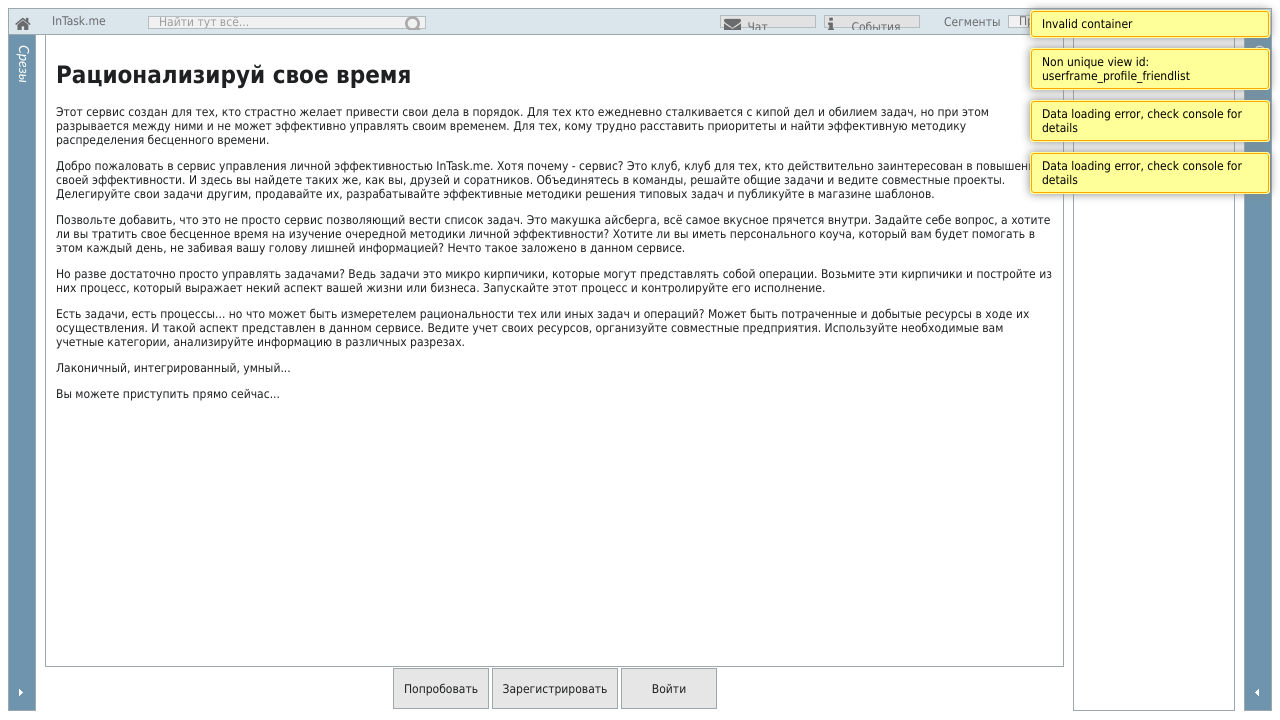
Repository: Startdoid/fnsc
Page: client/index.html
The author's editor kept a record of every edit. The page is drawn from the files as they stood at one moment, then again after the next edit.
The browser window is 1280 px wide. The pictures show the whole page.
The page's requests for data from a server got no answer.

Above is the page before.
Console error (its wording comes from the project's code and is left out).

### client/index.html
<!doctype html>
<html>
  <head>
    <meta content="charset=UTF-8" />
    <link rel="stylesheet" type="text/css" href="css/style.css" />
    <title>InTask.me</title>

    <script type="text/javascript" src="js/jquery.min.js"></script>
		<script type="text/javascript" src="js/underscore.js"></script>
		<script type="text/javascript" src="js/backbone.js"></script>

    <script type="text/javascript" src="codebase/webix_debug.js" charset="utf-8"></script>
    <link href="codebase/skins/web.css" rel="stylesheet" type="text/css">

    <script type="text/javascript" src="js/main.js"></script>
  </head>

  <style>
  	div.friend_avatar {
		  width: 120px;
		  float: left;
	  }
	 	div.friend_avatar img {
	  	border: none;
	  }

  	div.friend_info span {
  		display: block;
  		width: 64px;
  		font-weight: bold;
  		float: left;
  	}
  	.friend_info, .friend_avatar {
  		padding:8px;
  		line-height: 21px;
  	}
  	.mainSelector .webix_list_item {
	    line-height:50px;
    }
    .bless {
      border: none;
    }
  </style>

  <body>
		<div id="masterframe"></div>
		<div id="headerframe"></div>
		<div id="greetingframe"></div>
		<div id="centralframe"></div>
		<div id="registerframe"></div>
		<div id="loginframe"></div>
		<div id="userframe"></div>
		<div id="leftframe" style='width:20%'></div>
		<div id="rightframe" style='width:20%'></div>

		<div id="sliceframe" style='width:20%'></div>

		<div id="slicegroupsframe"></div>
		<div id="gridgroupsframe"></div>
		<div id="sliceusersframe"></div>
		<div id="sliceprojectsframe"></div>
		<div id="inslicegroups"></div>
		<div id="slicetagsframe"></div>

		<div id="userframe_profile_friendlist"></div>

		<div id="loginForm"></div>

		<div id="friendlist_template" style='display:none'>
  		<div class='friend_avatar'>
  			<img src='img/avatars/#img#'/>
  		</div>
  		<div class='friend_info'>
  			<div><span>Name:</span>#name#</div>
  			<div><span>Email:</span>#email#</div>
  		</div>
  	</div>

    <script type="text/javascript" charset="utf-8">
      var webix = window.webix;
	    window.App = {
	      //user
  	    Frame:      {},//webix cfg frame
        Models:     {},//backbone models
        WebixViews: {},//webix views in views dir with
        Views:      {},//backbone views in views dir
        Collections:{},//backbone collections in collection dir
        Trees:      {},
        WinSize:    {pageWidth:0, pageHeight:0, windowWidth:0, windowHeight:0}
       // Routes:     {} //backbone routes in main.js
      };

      window.App.GetWinSize = function() {
        var xScroll, yScroll;
        if (window.innerHeight && window.scrollMaxY) {
          xScroll = document.body.scrollWidth;
          yScroll = window.innerHeight + window.scrollMaxY;
        } else if (document.body.scrollHeight > document.body.offsetHeight){ // all but Explorer Mac
          xScroll = document.body.scrollWidth;
          yScroll = document.body.scrollHeight;
        } else if (document.documentElement && document.documentElement.scrollHeight > document.documentElement.offsetHeight){ // Explorer 6 strict mode
          xScroll = document.documentElement.scrollWidth;
          yScroll = document.documentElement.scrollHeight;
        } else { // Explorer Mac...would also work in Mozilla and Safari
          xScroll = document.body.offsetWidth;
          yScroll = document.body.offsetHeight;
        }

        var windowWidth, windowHeight;
        if (window.self.innerHeight) { // all except Explorer
          windowWidth = window.self.innerWidth;
          windowHeight = window.self.innerHeight;
        } else if (document.documentElement && document.documentElement.clientHeight) { // Explorer 6 Strict Mode
          windowWidth = document.documentElement.clientWidth;
          windowHeight = document.documentElement.clientHeight;
        } else if (document.body) { // other Explorers
          windowWidth = document.body.clientWidth;
          windowHeight = document.body.clientHeight;
        }

        var pageHeight, pageWidth;
        // for small pages with total height less then height of the viewport
        if(yScroll < windowHeight){
          pageHeight = windowHeight;
        } else {
          pageHeight = yScroll;
        }

        // for small pages with total width less then width of the viewport
        if(xScroll < windowWidth){
          pageWidth = windowWidth;
        } else {
          pageWidth = xScroll;
        }

        window.App.WinSize = { 'pageWidth':pageWidth, 'pageHeight':pageHeight, 'windowWidth':windowWidth, 'windowHeight':windowHeight };
      }();

      webix.ui.fullScreen();
			webix.ready(implementFunction);
    </script>
    <script type="text/javascript" src='js/models/task.js'></script>
    <script type="text/javascript" src='js/models/user.js'></script>
    <script type="text/javascript" src='js/models/group.js'></script>
    <script type="text/javascript" src='js/collections/tasks.js'></script>
    <script type="text/javascript" src='js/collections/groups.js'></script>
    <script type="text/javascript" src='js/views/dview.js'></script>
    <script type="text/javascript" src='js/views/wmasterview.js'></script>
  </body>
</html>

### client/js/main.js
//блок, который исполнит вебикс когда все загрузит
var implementFunction = (function() {
  var App = window.App;
  var webix = window.webix;
  var Backbone = window.Backbone;

  var showInterface = function(enable) {
    $$("sliceframe").define("collapsed", !enable);
    if(enable) $$("sliceframe").enable(); else $$("sliceframe").disable();
    $$("sliceframe").refresh();

    $$("optionsframe").define("collapsed", !enable);
    if(enable) $$("optionsframe").enable(); else $$("optionsframe").disable();
    $$("optionsframe").refresh();

    if(enable) $$("headerframe").enable(); else $$("headerframe").disable();
    $$("headerframe").refresh();
  };

  //создадим экземпляр бакбоновского роутера, который будет управлять навигацией на сайте
	App.Router = new (Backbone.Router.extend({
	  //слева роут, косая в скобках означает, что роут может быть как с косой чертой на конце, так и без нее
	  //справа функция, которая вызовется для соответствующего роута
		routes:{
			"login(/)":"login",
			"logout(/)":"logout",
			"register(/)":"register",
			"groups(/)":"groups",
			"tasks(/)":"tasks",
			"users(/)":"users",
			'home(/)':"home",
			'':"index"
		},
		//home выбрасывает в корень
		home:function() {
		  this.navigate('', {trigger: true});
		},
		//корень приложения
		index:function() {
		  if(App.User.get('id') === 0) {
        var promise = webix.ajax().get('api/logged', {}, function(text, data) {
          App.User.set('usrLogged', data.json().usrLogged);
          App.User.set('id', data.json().id);
          interfaceSelector();
	      });

        promise.then(function(realdata){}).fail(function(err) {
          connectionErrorShow(err);
        });
		  } else {
		    interfaceSelector();
		  }
		},
		groups:function() {
		  this.navigate('', {trigger: true});
		},
		tasks:function() {
		  this.navigate('', {trigger: true});
		},
		users:function() {
		  this.navigate('', {trigger: true});
		},
		login:function() {
      showInterface(false);
	    $$('loginframe').show();
		},
		logout:function() {
      var promise = webix.ajax().put("api/logout", { id: App.User.id });

      promise.then(function(realdata) {
        defaultState();
        App.Router.navigate('', {trigger: true});
      }).fail(function(err){
        connectionErrorShow(err);
      });
		},
		register:function() {
	    //Меняем окно приветствия, на окно регистрации
      showInterface(false);
	    $$('registerframe').show();
		}
	}))();

	//***************************************************************************
	//AFTER FETCH FUNCTIONs
  var showUserDataAfterFetch = function(User, response, options) {
    showInterface(true);

    $$('userframe').show();
    $$("userframe").hideProgress();

    $$("optionsframe_views_userprofile").show();

    App.Collections.Groups.fetch({ success: showGroupDataAfterFetch });
  };

  var showGroupDataAfterFetch = function(Groups, response, options) {
    App.Trees.GroupTree.treeBuild(App.Collections.Groups.models);

    $$('ingrid_groupframe').load('GroupData->load');
    $$('slicegroups').load('GroupData->load');
  };

  var showTaskDataAfterFetch = function(Tasks, response, options) {
    App.Trees.TaskTree.treeBuild(App.Collections.Tasks.models);

    $$('ingrid_taskframe').load('TaskData->load'); //!!!!!!!!!!!!!!!!!!!!!
  };

  //***************************************************************************
  //INTERFACE MANIPULATION
  var interfaceSelector = function() {
    //если пользователь залогинился
  	if(App.User.get('usrLogged')) {
  	  //Отрисовка интерфейса в зависимости от выбранного сегмента
  	  showInterface(true);
  	  switch(App.User.get('thisSegment')) {
        case 'users':
       	  $$("userframe").showProgress({
            type:"icon",
            delay:500
          });

          App.User.url = '/api/users/' + App.User.get('id');
          App.User.fetch({ success: showUserDataAfterFetch });

          break;
        case 'groups':
          App.Collections.Groups.fetch({ success: showGroupDataAfterFetch });
          $$('groupframe').show();
          break;
        case 'tasks':
          App.Collections.Tasks.fetch({ success: showTaskDataAfterFetch });
          $$('taskframe').show();
          break;
        case 'templates':
          // code
          break;
        case 'finances':
          break;
        case 'process':
          // code
          break;
        case 'files':
          // code
          break;
        case 'notes':
          // code
          break;
  	  }
  	} else {
  	  showInterface(false);
  	  $$('greetingframe').show();
  	} //if(App.User.usrLogged)
  };

  var connectionErrorShow = function(err) {
    if(err.status === 434) {
      defaultState();
      App.Router.navigate('', {trigger: true});
    }
    webix.message({type:"error", text:err.responseText});
  };

  //***************************************************************************
  //INIT FUNCTIONs
  var UserModelInit = function() {
    //Инициализируем глобальный объект пользователя со всеми настройками приложения
  	App.User = new App.Models.User();

  	//Привязываем события которые будут обрабатываться User model
  	App.User.on('change:thisSegment', function() {
  	});

  	App.User.on('change:thisTry', function() {
  	  //App.Router.navigate('home', {trigger:true} );
  	});

  	App.User.on('change:this_ingrid_groupframe_ItemSelected', function() {
  	  //console.log(App.User.get('this_ingrid_groupframe_ItemSelected') + " item select");
  	});
  };

  var GroupModelInit = function() {
  	App.Trees.GroupTree = new treeManager();

  	App.Collections.Groups = new collectionGroups();

  	App.Collections.Groups.on('add', function(grp) {
  	  App.Trees.GroupTree.treeAdd(grp);
  	});

  	App.Collections.Groups.on('remove', function(ind) {
  	  App.Trees.GroupTree.treeRemove(ind);
  	});

    App.Collections.Groups.on('change', function(model, options) {
      App.Trees.GroupTree.treeChange(model);
      model.save();
    });

    App.Collections.Groups.on('move', function(currentPosId, newPosId, parentId) {
      App.Trees.GroupTree.move(currentPosId, newPosId, parentId);
    });
  };

  var TaskModelInit = function() {
    App.Trees.TaskTree = new treeManager();

    App.Collections.Tasks = new collectionTasks();

    App.Collections.Tasks.on('add', function(tsk) {
      App.Trees.TaskTree.treeAdd(tsk);
    });

  	App.Collections.Tasks.on('remove', function(ind) {
  	  App.Trees.TaskTree.treeRemove(ind);
  	});

    App.Collections.Tasks.on('change', function(model, options) {
      App.Trees.TaskTree.treeChange(model);
      model.save();
    });

    App.Collections.Tasks.on('move', function(currentPosId, newPosId, parentId) {
      App.Trees.TaskTree.move(currentPosId, newPosId, parentId);
    });
  };

  var defaultState = function() {
    delete App.User;
    UserModelInit();

    delete App.Trees.GroupTree;
    delete App.Collections.Groups;
    GroupModelInit();

    delete App.Trees.TaskTree;
    delete App.Collections.Tasks;
    TaskModelInit();

    $$('ingrid_taskframe').clearAll();

    $$('ingrid_groupframe').clearAll();
    $$('slicegroups').clearAll();

    $$('mnuSegments').setValue(1);
  };

  //***************************************************************************
  //TREE MANAGER
  //объект организует работу с деревьями, для того что бы линейную бэкбоновскую коллекцию
  //разворачивать в древовидную структуру и выводить в webix-овые вьюхи
	var treeManager = function (collection) {
	  //древовидный массив
	  var tree = [];
	  var views = [];

    //рекурсивный перебор
    var treeRecursively = function(branch, list) {
      if (typeof branch === 'undefined') return null;
      var tr = [];
      for(var i=0; i<branch.length; i++)
      {
          branch[i].data = treeRecursively(list[ branch[i].id ], list);
          tr.push(branch[i]);
      }
      return tr;
    };

    //функция рекурсивного обхода дерева, корень дерева представлен, как branch
    //ветка дерева содержится в массиве data корня branch т.е. branch->data[branch->data[branch->data]] и т.д.
    var recursively = function(branch, element, oper) {
      //проверка на то что корень является данными типа - объект
      if (typeof branch === 'undefined') return false;
      //проверка на то что корень не обнулен
      if (branch === null) return false;

      //Если родитель корневой элемент, то добавим в корень
      if ((oper === 'add') && (element.parent_id === 0)) {
        branch.push(element);
        return true;
      }

      for (var i = 0; i<branch.length; i++) {
        if (branch[i] === null) continue;

        if (oper === 'add') {
          if (element.parent_id === branch[i].id) {
            if ((branch[i].data === null) || (typeof branch[i].data === 'undefined')) {
              branch[i].data = [];
            }
            branch[i].data.push(element);
            return true;
          } else {
            if(recursively(branch[i].data, element, oper)) { return true }
          }
        } else {
          if (element.id === branch[i].id) {
            //var deletedElements = this.models.splice(delElementIndex, 1); ПОПРОБУЙ
            branch[i] = null;
            //delete branch[i];
            return true;
          }
          else
          {
            if(recursively(branch[i].data, element, oper)) { return true }
          }
        }
      }
    };

    this.treeBuild = function(collection) {
	    //преобразуем в линейный массив бэкбоновскую коллекцию (разворачиваем атрибуты объекта)
      var maplist = collection.map(function(object) { return object.attributes });
      if(maplist.length > 0) {
        //сгруппируем элементы массива по родителю
        var list = _.groupBy(maplist, 'parent_id');
        //рекурсивно перебирая сгруппированный массив построим дерево
        tree = treeRecursively(list[0], list);
      } else {
        tree = [];
      }
    };

    //добавление элемента в дерево, автоматическое обновление элементов во вьюхах из массива views
    this.treeAdd = function(element) {
      var result = recursively(tree, webix.copy(element.attributes), 'add');
      if(result) {
        //var currentItem = views[0].getItem(element.attributes.parent_id);
        //views[0].data.sync(tree);
        for (var i = views.length; i--; ) {
          //var insertIndex = tree.getIndexById(element.attributes.parent_id);
          views[i].add(webix.copy(element.attributes), -1, element.attributes.parent_id);
          views[i].refresh();
        }
      }
    };

    this.treeRemove = function(element) {
      var result = recursively(tree, element.attributes, 'delete');
      if(result) {
        for (var i = views.length; i--; ) {
          views[i].remove(element.attributes.id);
          views[i].refresh();
        }
      }
    };

    this.treeChange = function(element) {
      for (var i = views.length; i--; ) {
        var record = views[i].getItem(element.get('id'));
        var chgAtr = element.changedAttributes();
        var keysArr = _.keys(chgAtr);
        var valuesArr = _.values(chgAtr);
        for (var j = keysArr.length; j--; ) {
          record[keysArr[j]] = valuesArr[j];
        }
        views[i].refresh();
      }
    };

    this.move = function(currentPosId, newPosId, parentId) {
      for (var i = views.length; i--; ) {
        //var newPosIndex = views[i].getBranchIndex(newPosId, views[i].getParentId(newPosId));
        //views[i].move(currentPosId, newPosIndex, null, { parent: views[i].getParentId(newPosId) });
        //views[i].refresh();
        var newPosIndex = views[i].getBranchIndex(newPosId, parentId);
        views[i].move(currentPosId, newPosIndex, null, { parent: parentId });
        views[i].refresh();
      }
    };

    //добавление вьюхи в массив для датабиндинга
    this.viewsAdd = function(view) {
      if (typeof view === 'object')
      {
        //добавим в массив, если нет такой
        if(views.indexOf(view) === -1) {
          views.push(view);

          //обновим вновь добавленную информ��цией из дерева
          view.clearAll();
          view.parse(JSON.stringify(tree));
        }
      }
    };

    //удаление вьюхи из массива датабиндинга
    this.viewsDelete = function(view) {
      console.log('view delete');
    };

    //если при создании объекта передан не пустой параметр, то формируется дерево
	  if (typeof collection !== 'undefined')
	  {
	    this.treeBuild(collection);
	  }
  };

  //_.extend(App.Collections.Groups, Backbone.Events);
  UserModelInit();
  GroupModelInit();
  TaskModelInit();

// var userframe_profile_friendlist = {
//   view:"dataview", id:"userframe_profile_friendlist",container:"userframe_profile_friendlist",select:1,
// 	width:300, minHeight:App.WinSize.windowHeight / 100 * 85, autoheight:false,
// 	borderless:false, scroll:'y', yCount:9, xCount:1,
// 	type:{ height: 80, width:300 },
// 	template:"html->friendlist_template",
//   url:'api/userlist',
//   on: {
//     'onScroll': function(pos)
//     {
//       webix.message(pos);
//     }
//   }
//};


var userframe_profile_friendlist = {
  id:"userframe_profile_friendlist",
  yCount:9, xCount:1,
	container:"userframe_profile_friendlist",
	view:"dataview",
	//select:1,
	autowidth:true,
	//type:{template:"{common.space()}"},
	url:'api/userlist'
};


  //вебикс конфигурация основного окна загруженная в экземпляр объекта вебиксового менеджера окон
  //описание внизу модуля
  var masterframe = new webix.ui({
    id:"masterframe",
    container:"masterframe",
    //minHeight:App.WinSize.windowHeight / 100 * 95,
    autoheight:true,
    autowidth:true,
    cols:[{
    rows:[App.Frame.headerframe,
      {cols:[App.Frame.sliceframe, App.Frame.centralframe, userframe_profile_friendlist, App.Frame.optionsframe]}
    ]
    }]
  });
  webix.extend($$("userframe"), webix.ProgressBar);

  $$("userframe_profile_friendlist").attachEvent("onScrollY", function(pos){
            var state = $$('userframe_profile_friendlist').getScrollState();
            webix.message("The scroll coordinates: ["+state.x+","+state.y+"]");
});

  $$('ingrid_groupframe').attachEvent('onAfterEditStart', function(id) {
    App.User.set('this_ingrid_groupframe_ItemEdited', id);
  });

  $$('ingrid_groupframe').attachEvent('onAfterEditStop', function(state, editor, ignoreUpdate) {
    var ItemEdited = App.User.get('this_ingrid_groupframe_ItemEdited');
    var ItemSelected = App.User.get('this_ingrid_groupframe_ItemSelected');
    if (editor.column === 'name') {
      if(ItemEdited != ItemSelected) {
        this.getItem(ItemEdited).name = state.old;
        this.updateItem(ItemEdited);
        App.User.set('this_ingrid_groupframe_ItemEdited', null);
      } else {
        var selectGroup = App.Collections.Groups.get(App.User.get('this_ingrid_groupframe_ItemEdited'));
        selectGroup.set({ 'name': state.value });
      }
    }
  });

  $$('ingrid_taskframe').attachEvent('onAfterEditStart', function(id) {
    App.User.set('this_ingrid_taskframe_ItemEdited', id);
  });

  $$('ingrid_taskframe').attachEvent('onAfterEditStop', function(state, editor, ignoreUpdate) {
    var ItemEdited = App.User.get('this_ingrid_taskframe_ItemEdited');
    var ItemSelected = App.User.get('this_ingrid_taskframe_ItemSelected');
    if (editor.column === 'name') {
      if(ItemEdited != ItemSelected) {
        this.getItem(ItemEdited).name = state.old;
        this.updateItem(ItemEdited);
        App.User.set('this_ingrid_taskframe_ItemEdited', null);
      } else {
        var selectTask = App.Collections.Tasks.get(App.User.get('this_ingrid_taskframe_ItemEdited'));
        selectTask.set({ 'name': state.value });
      }
    }
  });
  showInterface(false);

  webix.i18n.parseFormatDate = webix.Date.strToDate("%m/%d/%Y");
  webix.event(window, "resize", function() { masterframe.adjust(); });
  Backbone.history.start({pushState: true, root: "/"});
});

Loaded but not shown: client/js/jquery.min.js (library); client/codebase/webix_debug.js (library); client/js/backbone.js (1608 lines, source omitted); client/js/underscore.js (1416 lines, source omitted); client/js/views/wmasterview.js (871 lines, source omitted); client/js/collections/groups.js (153 lines, source omitted); client/js/collections/tasks.js (151 lines, source omitted); client/js/models/group.js (22 lines, source omitted); client/js/models/user.js (12 lines, source omitted); client/js/models/task.js (10 lines, source omitted); client/codebase/skins/web.css (1153 lines, source omitted); client/greeting.html (27 lines, source omitted); client/js/views/dview.js (no copy from this time; the picture is the same without it); client/css/style.css (no copy from this time; the picture is the same without it)

After the next edit:
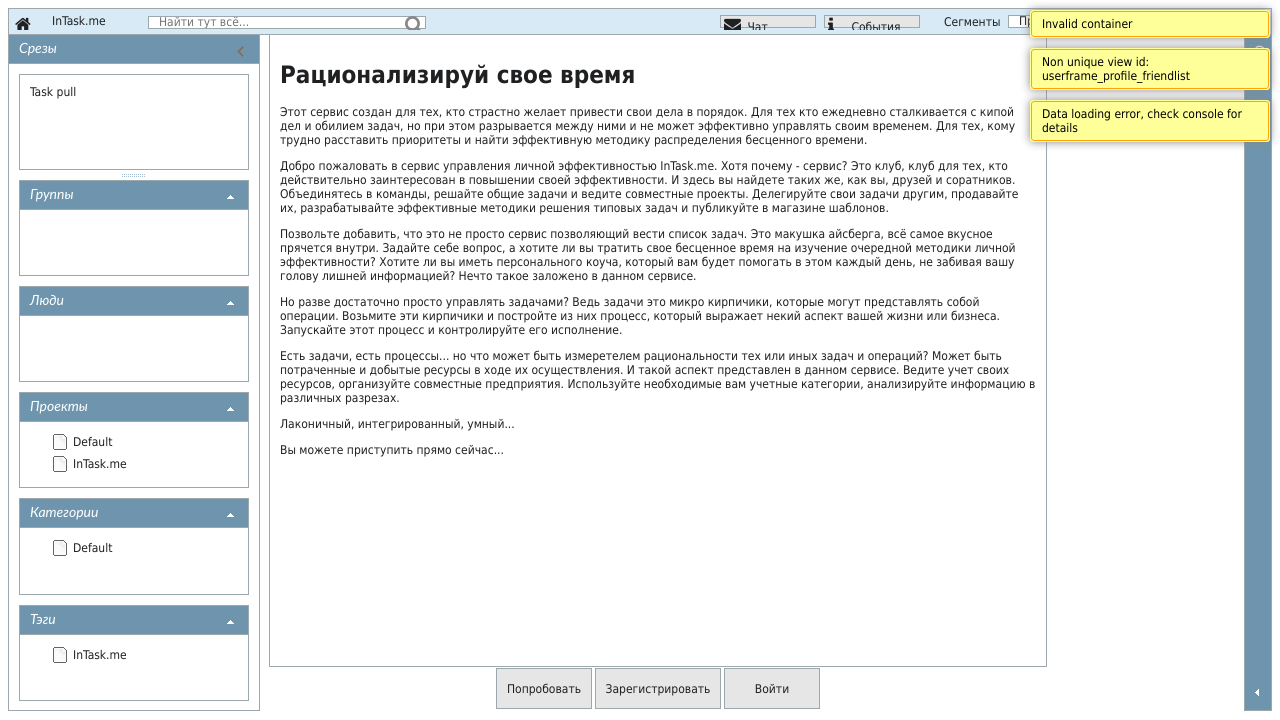
Console error: TypeError: $$(...).attachEvent is not a function
The edit:
--- a/client/js/main.js
+++ b/client/js/main.js
@@ -423,7 +423,7 @@
   id:"userframe_profile_friendlist",
   yCount:9, xCount:1,
 	container:"userframe_profile_friendlist",
-	view:"dataview",
+
 	//select:1,
 	autowidth:true,
 	//type:{template:"{common.space()}"},

After the edit that followed:
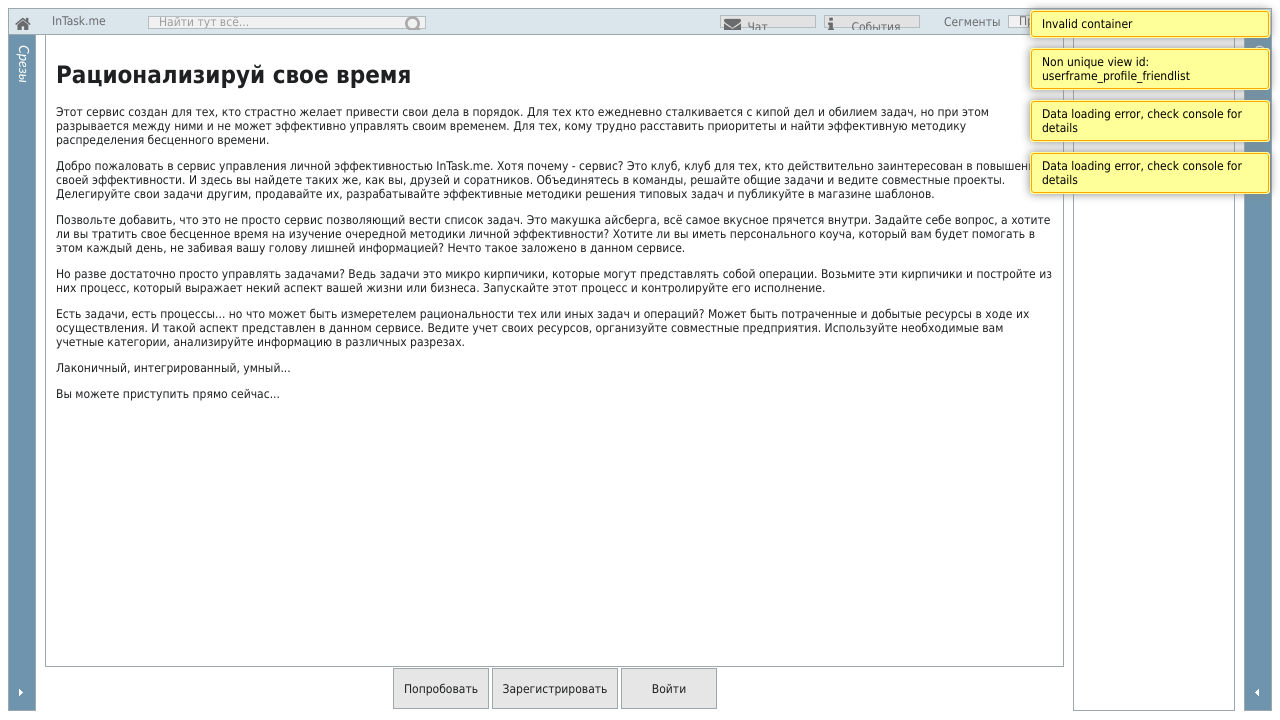
Console error (its wording comes from the project's code and is left out).
The edit:
--- a/client/js/main.js
+++ b/client/js/main.js
@@ -420,7 +420,7 @@
 
 
 var userframe_profile_friendlist = {
-  id:"userframe_profile_friendlist",
+  view:"dataview", id:"userframe_profile_friendlist",
   yCount:9, xCount:1,
 	container:"userframe_profile_friendlist",
 
